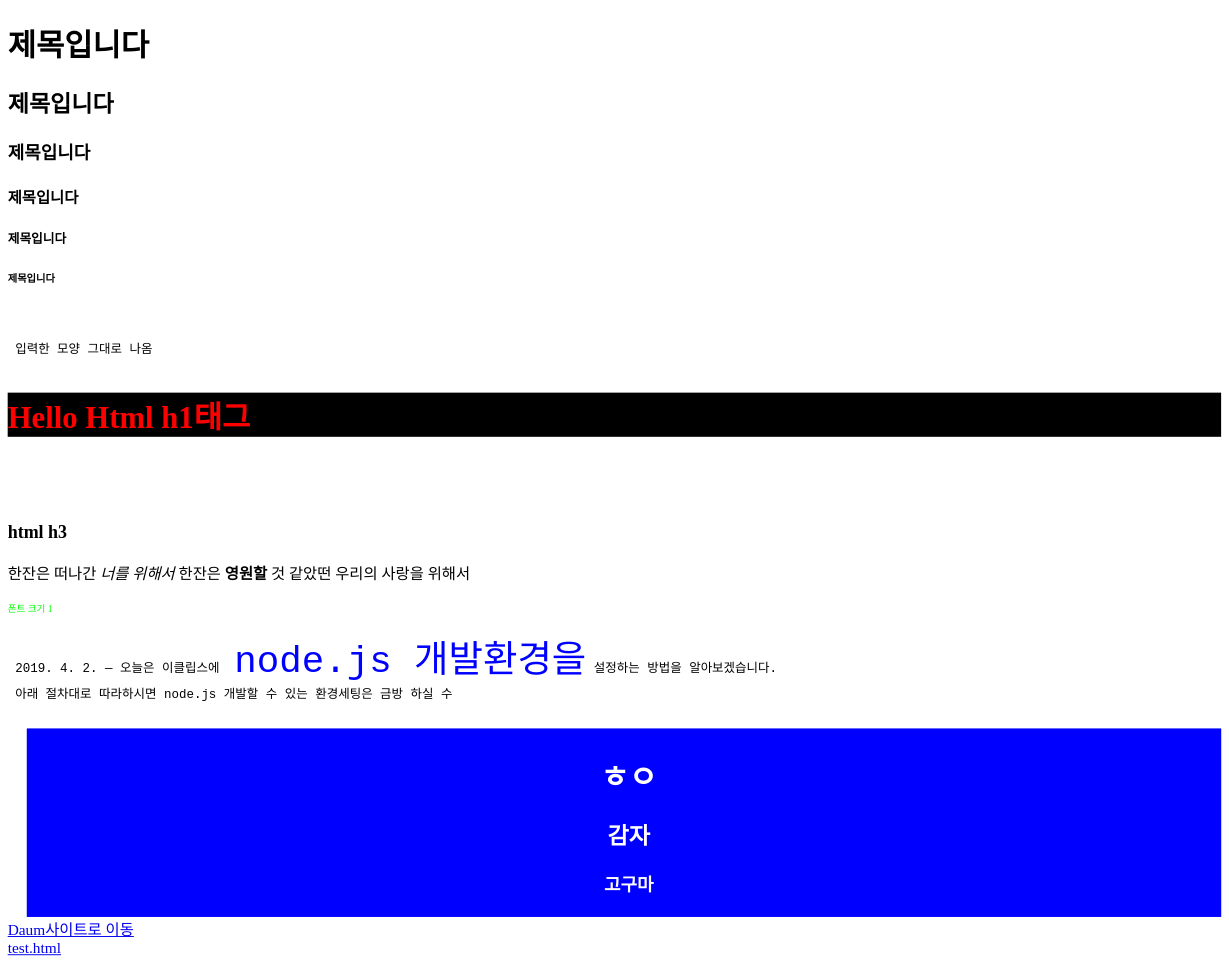
Repository: suhong99/htmlLecture
Page: sample01-1/src/main/webapp/index.html
An editor plug-in stored every save of this project. The page is shown before and after the next save, followed by the edit.
The browser window is 1280 px wide. The pictures show the whole page, at 96% of full size.

Above is the page before, as saved 2023-06-21 05:20:12.

### sample01-1/src/main/webapp/index.html
<!DOCTYPE html>
<html>
<head>
<meta charset="UTF-8">
<title>Insert title here</title>
</head>
<body>
<!-- 주석문 Ctrl + Shift+/ -->
<!--
	HTML -> Hyper Text Markup Language
			웹에 띄우는 언어
		Tag로 구성되어 있따
		<태그명>텍스트 </태그명>
		<태그명 속성(attribute)=값>택스트</태그명>
		<태그명 속성(attribute)="특성 : 값">택스트</태그명>
		URL -> 접속주소 Uniform Resource Locator
 -->

 <!-- heading  -->
  <h1> 제목입니다</h1>
  <h2> 제목입니다</h2>
  <h3> 제목입니다</h3>
  <h4> 제목입니다</h4>
  <h5> 제목입니다</h5>
  <h6> 제목입니다</h6>
 <!--  줄바꿈 -->
 <br>
 <pre>
 입력한 모양 그대로 나옴
 </pre>

 <!--
 	Attribute(속성)
 		<태그명 속성1명="값" 속성2명 = "값"></태그명>
 	Property(특성)
 		<xormaud thrtjd1aud="프로퍼티1:값;프로퍼티2:값"></태그명>
  -->
 <h1 style="color : red; background-color:black">Hello Html h1태그</h1>
  <h1 style="color : #ffffff; background-color:0000ff">Hello Html h1태그</h1>
 <h3 id = "" class "" name = "" className="">html h3</h3>
 <p> 한잔은 떠나간 <i>너를 위해서</i> 한잔은 <b>영원할</b> 것 같았떤 우리의 사랑을 위해서 </p>
 <font size="1" color="#00ff00">폰트 크기 1</font>

 <pre>
 2019. 4. 2. — 오늘은 이클립스에  <font size="10" color="#0000ff">node.js 개발환경을</font> 설정하는 방법을 알아보겠습니다.
 아래 절차대로 따라하시면 node.js 개발할 수 있는 환경세팅은 금방 하실 수
 </pre>

 <div align="center" style=" border :solid; border-color : #0000ff; margin-left:20px; padding-left:10px; background-color: blue;color:white;">
	<h1>ㅎㅇ</h1>
	<h2>감자</h2>
	<h3>고구마</h3>
 </div>

 <!-- anchor(=link) : 이동  -->
 <a href = "http://www.daum.net">Daum사이트로 이동</a>
 <!-- World  Wide Web -->
 <br>
 <a href="test.html">test.html</a>
</body>
</html>

After the next save:
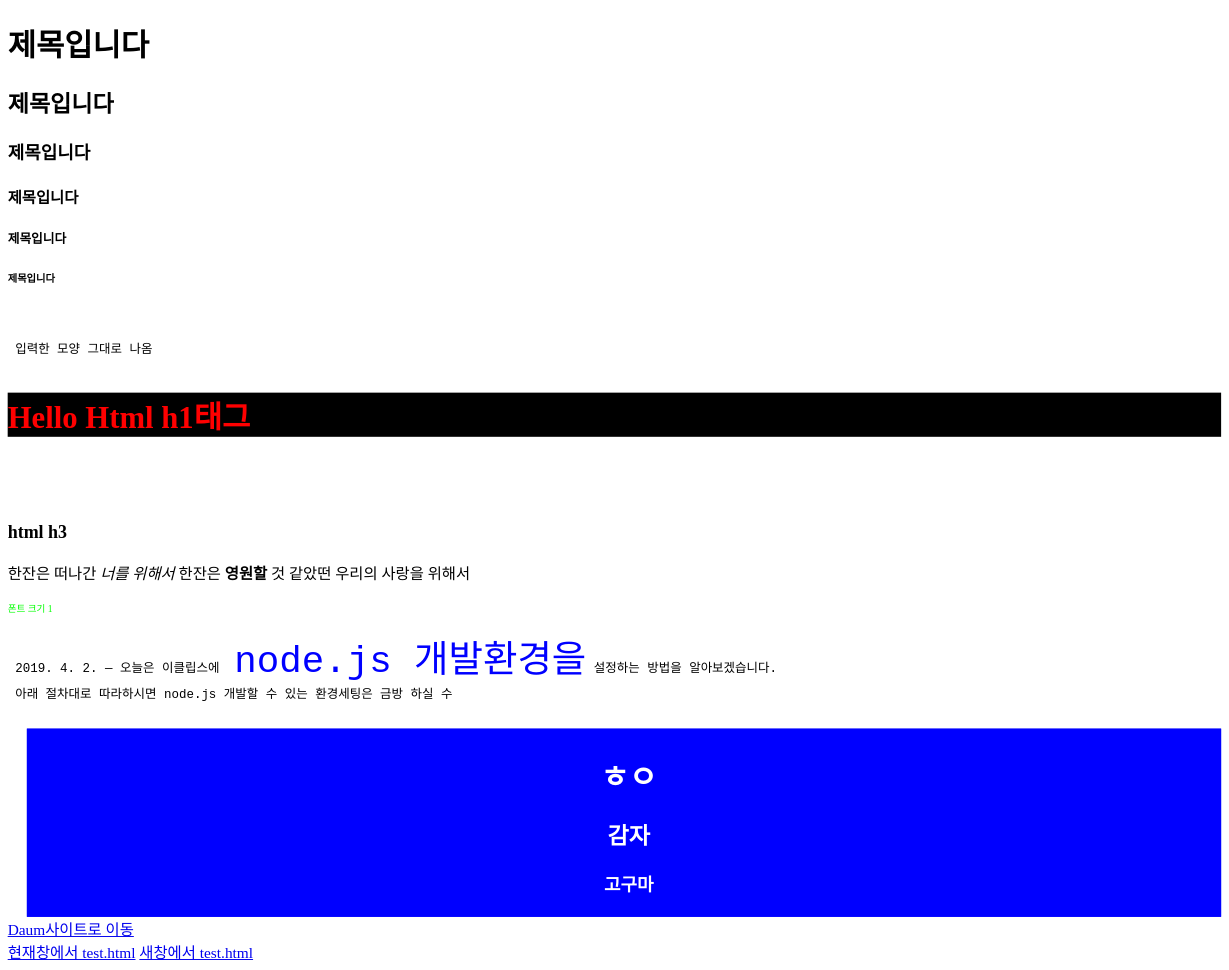
Saved 3 min 35 s later.
--- a/sample01-1/src/main/webapp/index.html
+++ b/sample01-1/src/main/webapp/index.html
@@ -56,6 +56,8 @@
  <a href = "http://www.daum.net">Daum사이트로 이동</a>
  <!-- World  Wide Web -->
  <br>
- <a href="test.html">test.html</a>
+ <a href="test.html" target="_self">현재창에서 test.html</a>
+  <a href="test.html" target="_blank">새창에서 test.html</a>
+
 </body>
 </html>
